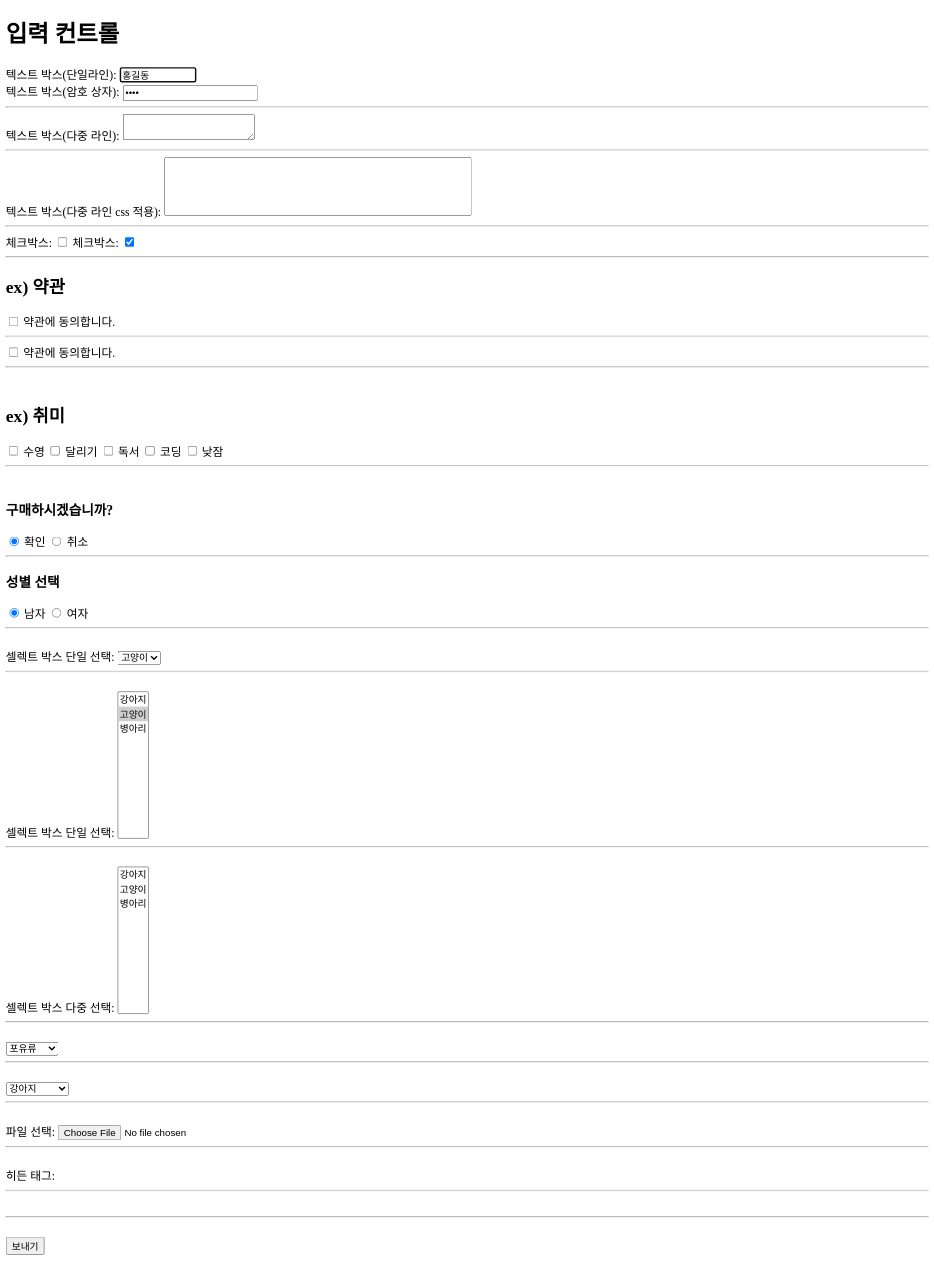
Repository: sungken/htmlProject
Page: ClientTest/src/main/webapp/html/ex19_form.html
These files come from the project's save history. The page is drawn as it stood at one moment and after the next save; the edit follows.
The browser window is 1280 px wide. The pictures show the whole page, at 73% of full size.

Above is the page before, as saved 2024-03-14 02:09:31.

### ClientTest/src/main/webapp/html/ex19_form.html
<!DOCTYPE html>
<html>
<head>
<meta charset="UTF-8">
<title>Insert title here</title>
</head>
<body>
<!-- ex19_form.html -->
<!--

	<form> 자식태그
	- 입력 양식

	<input> 태그
	- 단독 태그
	- 인라인 태그
	- input.type: 입력 컨트롤의 종류
	- input.name: 서버로 전송할때 사용하는 식별자
	- input.id: 식별자. CSS, JavaScript에서 주로 사용
	- input.class: 식별자. CSS, JavaScript에서 주로 사용
	- input.size: 컨트롤의 너비(입력받는 문자 수)
	- input.maxlength: 최대 입력 문자 수 + 유효성 검사
	- input.value: 컨트롤의 입력 값
	- input.readonly: 읽기 전용. 플래그형
	- input.disable: 비활성화. 플래그형
	- input.accesskey: 바로가기(니모닉, Nemonic)
	- input.autofocus: 자동 포커스
	- input.title: 풍선도움말



 -->

	<h1>입력 컨트롤</h1>

	<form action="ex18.jsp">

		텍스트 박스(단일라인): <input type="text"
								  name="txt1"
								  id="txt1"
								  class="txt1"
								  size="10"
								  maxlength="5"
								  value="홍길동"
								  accesskey="s"
								  autofocus
								  title="이름을 입력하세요">


	</form>

<!--

			암호 상자, Password Box, Masked TextBox
			- 모든 속성이 텍스트 박스와 동일
			- value 속성 사용 금지!!

-->


		텍스트 박스(암호 상자): <input type="password" value="1234">



<!--

	다중라인 텍스트 박스
	- <textarea> </textarea>
	- 쌍태그
	- 인라인 태그
	- 대부분 속성은 텍스트와 동일
	- maxlength 속성이 없다.
	- value 속성이 없다.

 -->
		<hr>

		텍스트 박스(다중 라인):
		<textarea> </textarea>
		<hr>

		텍스트 박스(다중 라인 css 적용):
		<textarea style="resize: none;" cols="50" rows="5"></textarea>
		<hr>

<!--

	체크박스
	- 논리값 입력

 -->

 	체크박스: <input type="checkbox">
 	체크박스: <input type="checkbox" checked>
 	<hr>

 	<h2>ex) 약관</h2>
	<input type="checkbox" id="cb1"><label for="cb1"> 약관에 동의합니다.</label>
	<!-- <label for="cb1"> id를 참조하여 글자를 눌러도 체크할수 있게 연동 시킬수 있다. -->
		<hr>
	<label><input type="checkbox"> 약관에 동의합니다.</label>
	<!-- 위와 동일(나중에 디자인적 요소로 둘중 선택을 한다.) -->
		<hr>
		<br>

	<h2>ex) 취미</h2>
	<input type="checkbox"> 수영
	<input type="checkbox"> 달리기
	<input type="checkbox"> 독서
	<input type="checkbox"> 코딩
	<input type="checkbox"> 낮잠
	<!-- 단일이 아닌 다수의 체크를 할수 있다. -->
		<hr>
		<br>

	<!--

		라디오 버튼
		- 단일값
		-

	 -->
	 <h3>구매하시겠습니까?</h3>
	<input type="radio" name="rd1" checked> 확인
	<input type="radio" name="rd1"> 취소
	<hr>
	<h3>성별 선택</h3>
	<input type="radio" name="rd2" checked> 남자
	<input type="radio" name="rd2"> 여자

		<hr>
		<br>
	<!--

		셀렉트 박스
		- 콤보 박스, 드랍 다운 리스트 등....
		- 단일 선택, 다중선택 전부 쓰임


	 -->

	 셀렉트 박스 단일 선택:
	 <select>
	 	<option>강아지</option>
	 	<option selected>고양이</option>
	 	<!-- 기본값 지정 -->
	 	<option>병아리</option>
	 </select>
	 <hr>
	<br>
	 셀렉트 박스 단일 선택:
	 <select size="10" >
	 	<option>강아지</option>
	 	<option selected>고양이</option>
	 	<!-- 기본값 지정 -->
	 	<option>병아리</option>
	 </select>

		<hr>
		<br>

	셀렉트 박스 다중 선택:
	 <select size="10" multiple>
	 	<option>강아지</option>
	 	<option>고양이</option>
	 	<!-- 기본값 지정 -->
	 	<option>병아리</option>
	 </select>

		<hr>
		<br>
	<select>
		<option>포유류</option>
	 	<option>강아지</option>
	 	<option>고양이</option>
	 	<option>돼지</option>

	 	<option>파충류</option>
	 	<option>뱀</option>
	 	<option>거북이</option>
	 	<option>이구아나</option>

	 	<option>곤충</option>
	 	<option>매미</option>
	 	<option>메뚜기</option>
	 	<option>귀뚜라미</option>
	 </select>

	 	<hr>
		<br>

	<!-- 라벨 추가 -->
	<select>
		<optgroup label="포유류">
		 	<option>강아지</option>
		 	<option>고양이</option>
		 	<option>돼지</option>
	 	</optgroup>

	 	<optgroup label="파충류">
	 	<option>뱀</option>
	 	<option>거북이</option>
	 	<option>이구아나</option>
	 	</optgroup>

	 	<optgroup label="곤충">
	 	<option>매미</option>
	 	<option>메뚜기</option>
	 	<option>귀뚜라미</option>
	 	</optgroup>
	 </select>
		<hr>
		<br>
<!--

	파일 업로드
	- 첨부 파일

 -->
		파일 선택: <input type="file">

		<hr>
		<br>
<!--

	히든 태그
	- 안보이는 컨트롤
	- 개발자용
	- 전송은 해야하는데, 사용자에게 보이면 안되는 값들 전송

 -->
 	히든 태그: <input type="hidden" name="id" value="hong">

		<hr>
		<br>
<!--

	버튼류
	-

 -->




		<hr>
		<br>

		<input type="submit" value="보내기">

	</form>














</body>
</html>

After the next save:
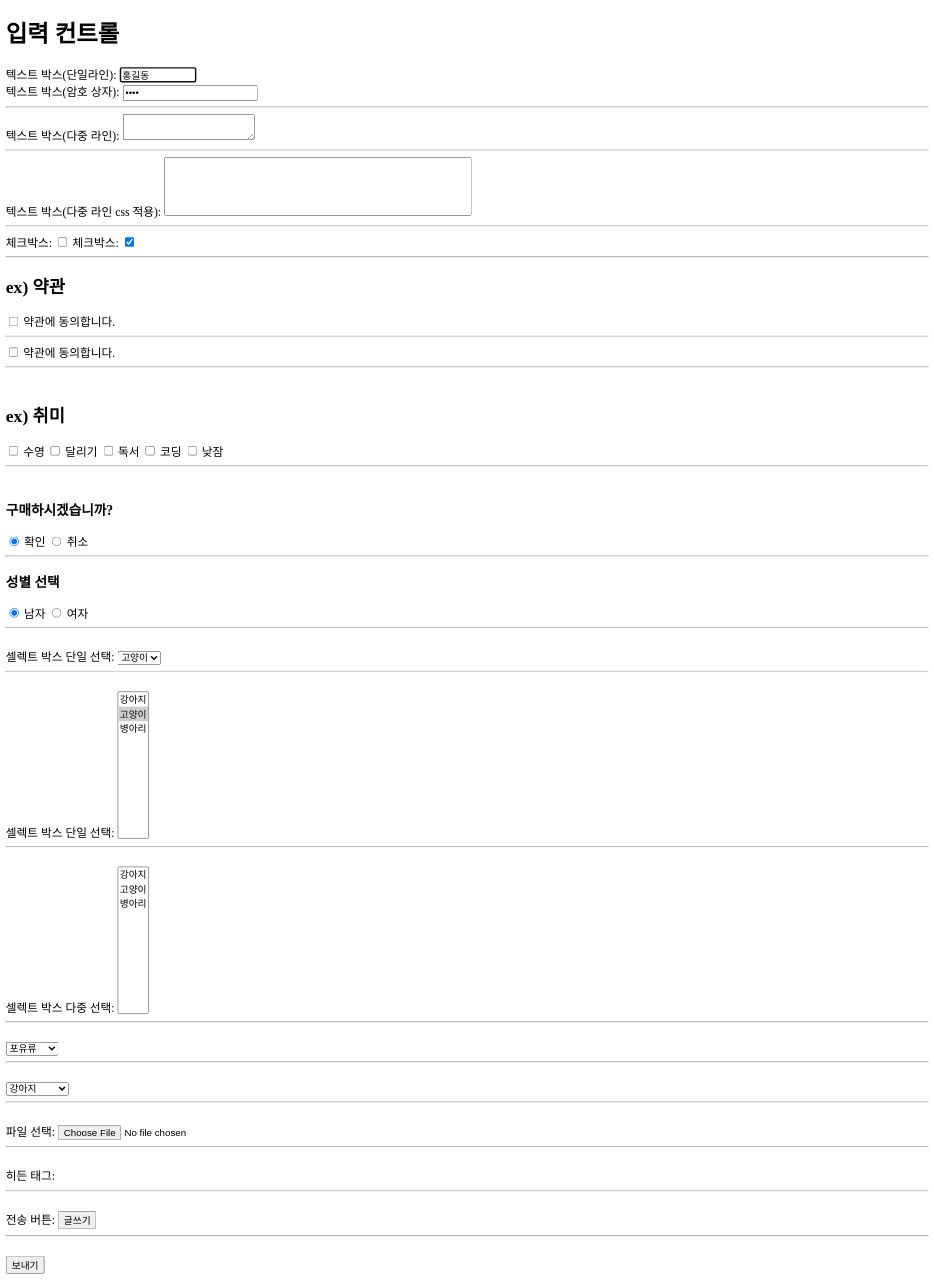
Saved 70 s later.
--- a/ClientTest/src/main/webapp/html/ex19_form.html
+++ b/ClientTest/src/main/webapp/html/ex19_form.html
@@ -234,12 +234,9 @@
 		<hr>
 		<br>
 <!--
-
 	버튼류
-	-
-
- -->
-
+ -->
+	전송 버튼: <input type="submit" value="글쓰기">
 
 
 
